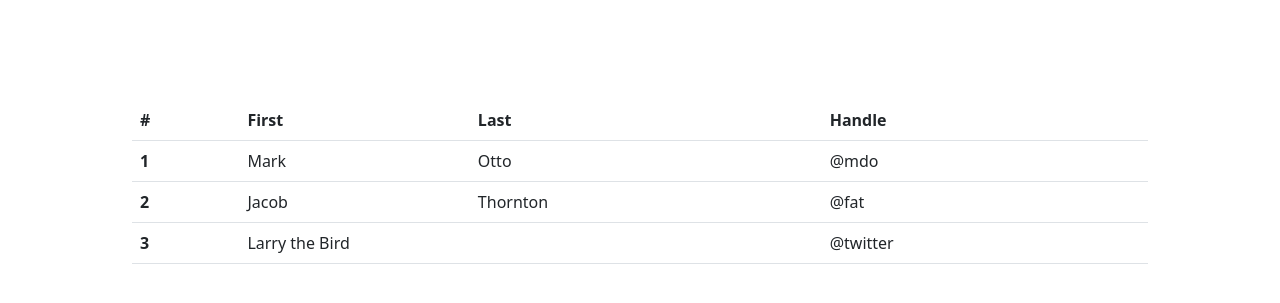
Repository: LCLY/location
Page: /
An editor plug-in stored every save of this project. The page is shown before and after the next save, followed by the edit.
The browser window is 1280 px wide. The pictures show the whole page.
The page's requests for data from a server got no answer. The project was rebuilt for these pictures with package versions that can differ from the ones it lists, and the page was loaded fresh each time. The framework's server and built-in components were replaced by stand-ins that run in the browser. No one was signed in, and anything a server would have sent is missing. Also part of the build but not shown: next.config.js.

Above is the page before, as saved 2022-09-12 17:17:00.

After the next save:
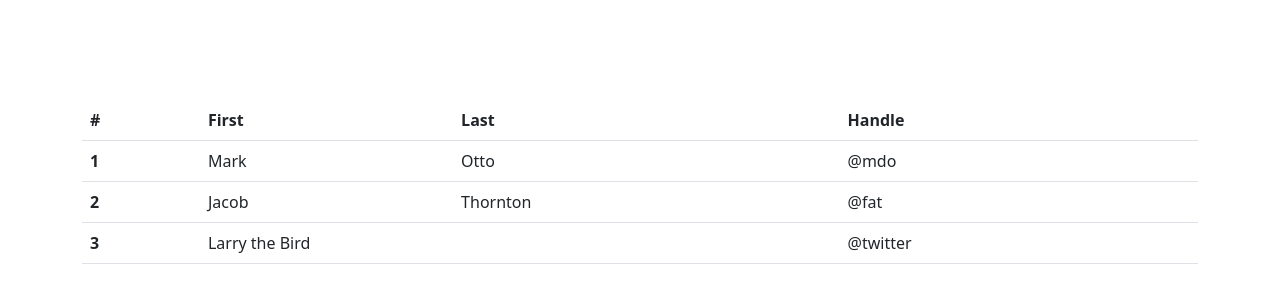
Saved 10 s later.
--- a/styles/Home.module.scss
+++ b/styles/Home.module.scss
@@ -13,7 +13,7 @@
 
 	&__table {
 		margin-top: 100px;
-		padding: 0 100px !important;
+		padding: 0 50px !important;
 	}
 }
 
